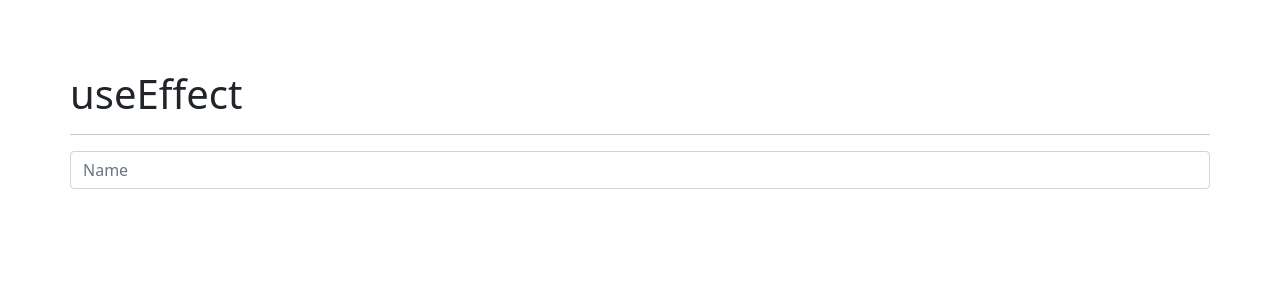
Repository: ppfeliuu/hooks-app
Page: /
An editor plug-in stored every save of this project. The page is shown before and after the next save, followed by the edit.
The browser window is 1280 px wide. The pictures show the whole page.
The project was rebuilt for these pictures with package versions that can differ from the ones it lists, and the page was loaded fresh each time. Also part of the build but not shown: src/components/01-useState/CounterApp.js, src/hooks/useCounter.js, src/components/01-useState/CounterWithCustomHook.js, src/HookApp.js.

Above is the page before, as saved 2021-05-28 17:15:08.

After the next save:
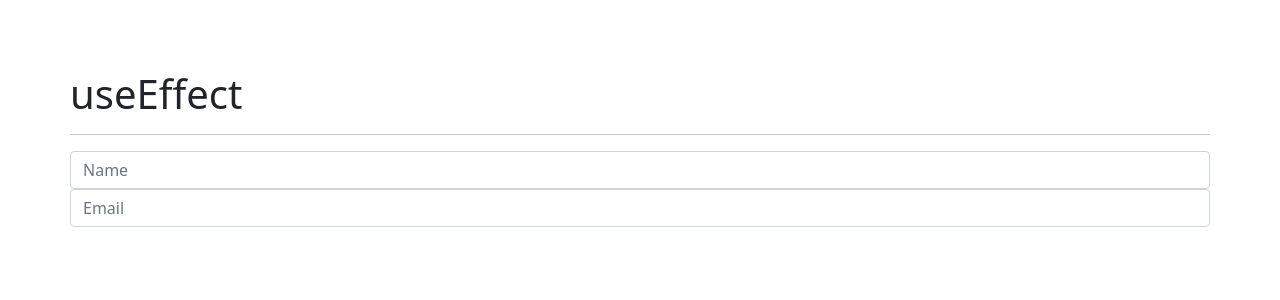
Saved 21 s later.
--- a/src/components/02-useEffect/SimpleForm.js
+++ b/src/components/02-useEffect/SimpleForm.js
@@ -37,6 +37,18 @@ export const SimpleForm = () => {
           onChange={handleInputChange}
         />
       </div>
+
+      <div>
+        <input
+          type="text"
+          name="email"
+          className="form-control"
+          placeholder="Email"
+          autoComplete="off"
+          value={email}
+          onChange={handleInputChange}
+        />
+      </div>
     </>
   );
 };
